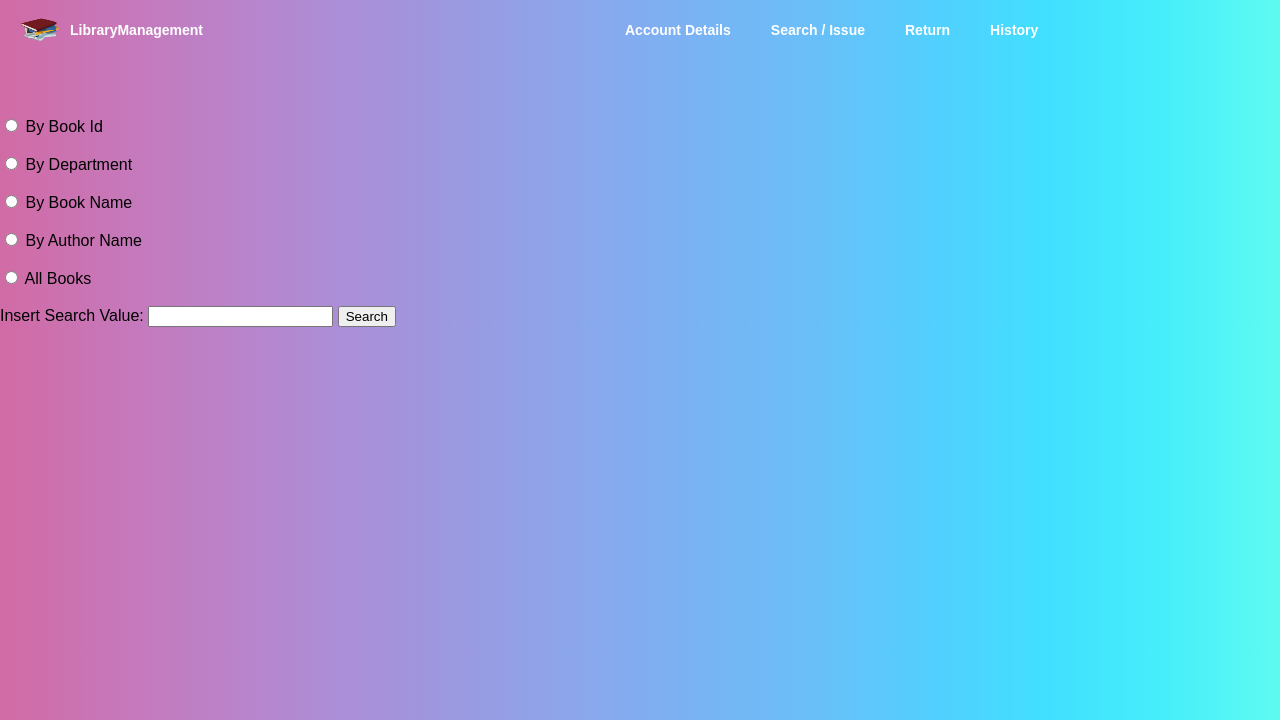
Repository: amitSai12/CMS
Page: http://localhost/LibraryManagementDemo/Search.jsp
These files come from the project's save history. The page is drawn as it stood at one moment and after the next save; the edit follows.
The browser window is 1280 px wide. The pictures show the whole page.
The page is served by Tomcat 9. Other server files are loaded and not shown.

Above is the page before, as saved 2023-10-01 21:46:22.

### Day1_Thu/LibraryManagementDemo/src/main/webapp/Search.jsp
<%@ page language="java" contentType="text/html; charset=ISO-8859-1"
    pageEncoding="ISO-8859-1"%>
<!DOCTYPE html>
<html>
<head>
<meta charset="ISO-8859-1">
<title>Insert title here</title>
</head>
<body>
<jsp:include page="Menu.jsp"/>
<br><br>
<form method="get" action="AllBooks.jsp" class="search-form">
  <input type="radio" name="searchtype" value="id" id="byId">
  <label for="byId">By Book Id</label> <br/><br/>
  <input type="radio" name="searchtype" value="dept" id="byDept">
  <label for="byDept">By Department</label> <br/><br/>
  <input type="radio" name="searchtype" value="bookname" id="byBookName">
  <label for="byBookName">By Book Name</label> <br/><br/>
  <input type="radio" name="searchtype" value="authorname" id="byAuthorName">
  <label for="byAuthorName">By Author Name</label> <br/><br/>
  <input type="radio" name="searchtype" value="all" id="allBooks">
  <label for="allBooks">All Books</label> <br/><br/>
  <label for="searchvalue">Insert Search Value:</label>
  <input type='text' name='searchvalue' id="searchvalue">
  <input type='submit' value='Search' class="search-button">
</form>

</form>
</body>
</html>

### Day1_Thu/LibraryManagementDemo/src/main/webapp/Menu.jsp
<!DOCTYPE html PUBLIC "-//W3C//DTD HTML 4.01 Transitional//EN" "http://www.w3.org/TR/html4/loose.dtd">
<html>
<head>
<meta http-equiv="Content-Type" content="text/html; charset=ISO-8859-1">
<title>User Account Page</title>
<link rel="stylesheet" href="menu.css">
</head>
<body>


	<div class="logo">
		<img
			src="kisspng-book-clip-art-vector-books-5aa7e41834c997.8769820715209523442162.png"
			alt="Your Logo"> <span class="logo-text">LibraryManagement</span>

	<div class="menu">
		<div class="atwo">
			<a href="AccountDetails.jsp">Account Details</a>
		</div>
		<div class="atwo">
			<a href="Search.jsp">Search / Issue</a>
		</div>
		<div class="atwo">
			<a href="TranBook.jsp">Return</a>
		</div>
		<div class="atwo">
			<a href="History.jsp">History</a>
		</div>
	</div>
	</div>





</body>
</html>

### Day1_Thu/LibraryManagementDemo/src/main/webapp/menu.css
body {
    font-family: Arial, sans-serif;
background-image: linear-gradient(to right, #d16ba5, #c777b9, #ba83ca, #aa8fd8, #9a9ae1, #8aa7ec, #79b3f4, #69bff8, #52cffe, #41dfff, #46eefa, #5ffbf1);
	margin: 0;
    padding: 0;
}

.logo {

    display: flex;
    align-items: center;
    padding: 10px 20px;
    color: white;
    margin-bottom: 20px; /* Adjust margin to create space below the logo */

}

/* Style the logo image */
.logo img {
    width: 40px; /* Adjust the width as needed */
    height: 40px; /* Adjust the height as needed */
    margin-right: 10px; /* Add some spacing between the image and text */
}

/* Style the logo text */
.logo-text {
    font-size: 14px; /* Adjust the font size as needed */
    font-weight: bold; /* Make the text bold */
}

.menu {
	 position: fixed;
    display: flex;
    justify-content: flex-end; /* Move menu to the right top corner */
    padding: 10px 20px; /* Adjust padding as needed */
    border-radius: 31px;
   margin-left: 565px;
}

.menu a {
    text-decoration: none; /* Remove the default underline */
    color: white;
    font-weight: bold;
    padding: 10px 20px;
    border-radius: 5px;
    position: relative; /* Add relative positioning */
    transition: color 0.3s;/* Add transitions for color and background-color */
    font-size: 14px;
}

.menu a-text {
    font-size: 6px; /* Adjust the font size as needed */
    font-weight: bold;
}

.menu a::before {
    content: ""; /* Create an empty pseudo-element */
    position: absolute; /* Set absolute positioning */
    bottom: 0; /* Position it at the bottom */
    left: 10%; /* Align it with the left edge of the link */
    width: 0%; /* Initially, the width is 0% */
    height: 2px; /* Set the height of the underline */
   background-image: linear-gradient(to right, #1b009f, #131d93, #1b2a84, #273273, #323961, #353b57, #393d4d, #3d3e42, #3c3c3f, #3a3a3c, #39393a, #373737); /* Color of the underline */
    transition: width 0.5s ease; /* Add a transition for width */
}

.menu a:hover {
 color:rgb(255, 255, 255);
}

.menu a:hover::before {
    width: 80%; /* Expand the width of the underline on hover */
}



/* Rest of your CSS styles */
/* ... */

/* Style the Issue and Return buttons */
input#issue,
input#return {
    background: linear-gradient(to bottom, rgb(0, 0, 128), rgb(0, 0, 255));
    width: 20%;
    border-radius: 29px;
    color: white;
    height: 40px;
    border: 2px;
    cursor: pointer;
    transition: background-color 0.3s ease;
    font-weight: bold;
}

input#issue:hover,
input#return:hover {
    background: linear-gradient(to bottom, rgb(0, 128, 255), rgb(0, 255, 255));
}

### Day1_Thu/LibraryManagementDemo/src/main/webapp/AllBooks.css
/* Style the table */
table {
    width: 100%;
    border-collapse: collapse;
    border: 1px solid #ddd;
    font-family: Arial, sans-serif;
}

/* Style the table header row */
th {
    background-color: #f2f2f2;
    font-weight: bold;
    text-align: left;
    padding: 10px;
    border-bottom: 2px solid #ddd;
}

/* Style the table data rows */
td {
    padding: 10px;
    text-align: left;
    border-bottom: 1px solid #ddd;
}

/* Style alternate rows with a different background color */
tr:nth-child(even) {
    background-color: #f9f9f9;
}

/* Style the checkbox inputs */
input[type="checkbox"] {
    width: 16px;
    height: 16px;
    margin: 0;
}

/* Style the "NA" cells */
td:empty::before {
    content: "NA";
    color: #999;
}

/* Add hover effect on rows */
tr:hover {
    background-color: #e5e5e5;
}

.search-form {
  font-family: Arial, sans-serif;
  background-color: #f0f0f0;
  padding: 20px;
  border-radius: 10px;
  max-width: 400px;
  margin: 0 auto;
}

input[type="radio"] {
  margin-right: 5px;
}

label {
  font-weight: bold;
}

#searchvalue {
  width: 100%;
  padding: 5px;
  margin: 10px 0;
  border: 1px solid #ccc;
  border-radius: 5px;
}

.search-button {
  background-color: green;
  color: white;
  border: none;
  padding: 10px 20px;
  font-weight: bold;
  cursor: pointer;
  border-radius: 5px;
}

.search-button:hover {
  background-color: darkgreen;
}

After the next save:
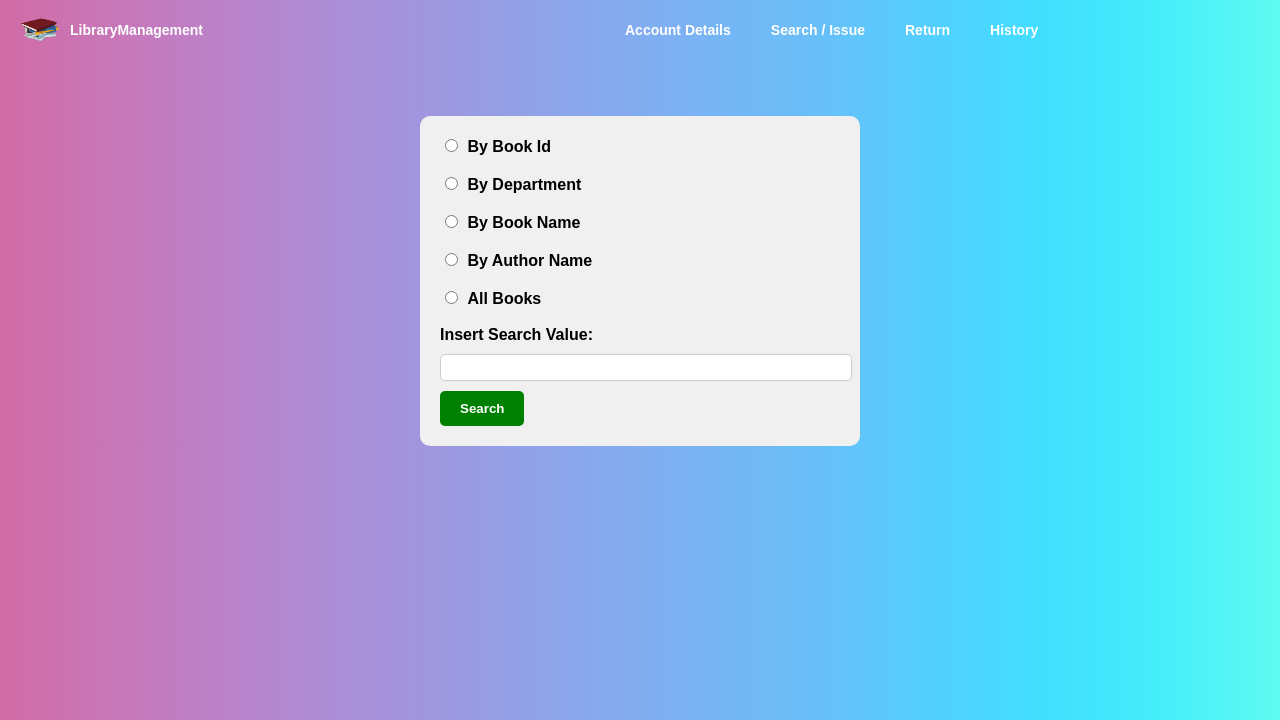
Saved 29 s later.
--- a/Day1_Thu/LibraryManagementDemo/src/main/webapp/Search.jsp
+++ b/Day1_Thu/LibraryManagementDemo/src/main/webapp/Search.jsp
@@ -5,6 +5,7 @@
 <head>
 <meta charset="ISO-8859-1">
 <title>Insert title here</title>
+<link rel="stylesheet" href="AllBooks.css">
 </head>
 <body>
 <jsp:include page="Menu.jsp"/>
